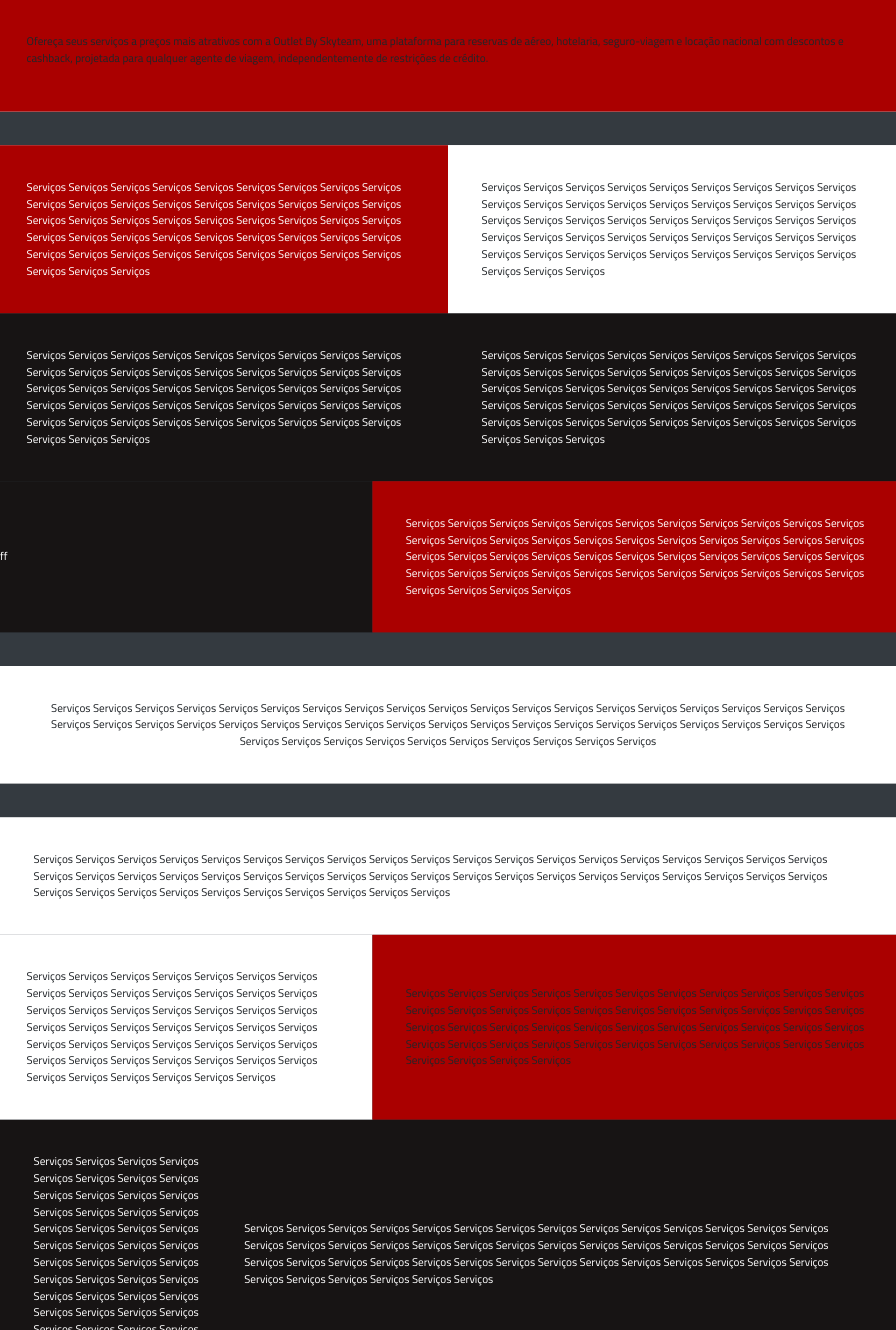
Repository: SkyTeam-Dev/Outlet_Site
Page: Site/index.html
The author's editor kept a copy of each file at every save. The page is drawn from the files as they stood at one save, then again after the next save.
The browser window is 1280 px wide. The pictures show the part of the page from y = 1008 to 2908 px (the page is 3040 px tall before and 3116 px after), at 70% of full size.
Some web libraries are served in a nearby version.

Above is the page before, as saved 2025-03-21 09:18:01.

After the next save:
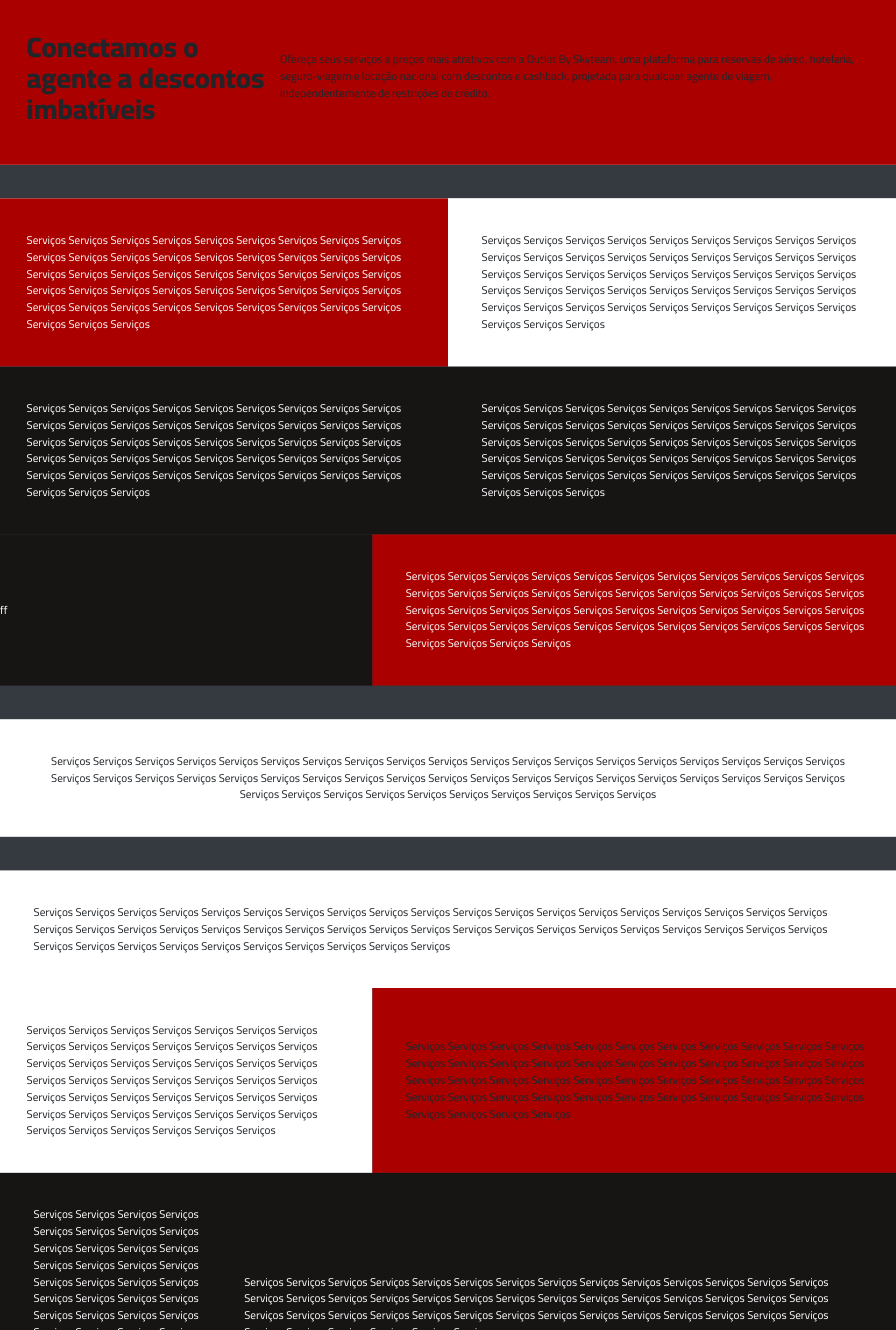
Saved 7 s later.
--- a/Site/index.html
+++ b/Site/index.html
@@ -232,7 +232,7 @@
             <div class="row bg-white mb-5">
                 <div id="Servicos" class="col-xl-12 CentralizadorDeConteudo bg-primary p-5">
                     <div></div>
-
+                    <h1 class="font-weight-bold">Conectamos o agente a descontos imbatíveis</h1>
                     <br/>
                     <p>
                         Ofereça seus serviços a preços mais atrativos com a Outlet By Skyteam, uma plataforma para reservas de aéreo, hotelaria, seguro-viagem e locação nacional com descontos e cashback, projetada para qualquer agente de viagem, independentemente de restrições de crédito.
